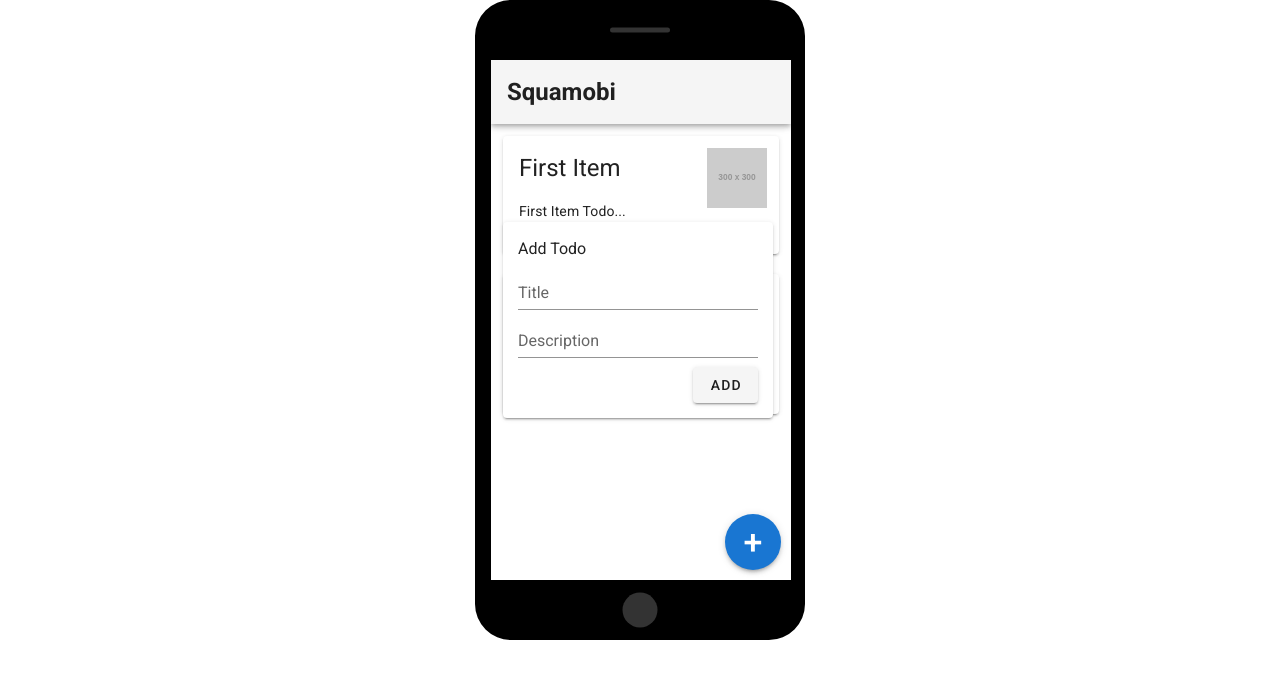
Repository: Keepnox/squamobi-interview
Page: /
These files come from the project's save history. The page is drawn as it stood at one moment and after a run of saves; the edit follows.
The browser window is 1280 px wide. The pictures show the whole page.
The project was rebuilt for these pictures with package versions that can differ from the ones it lists, and the page was loaded fresh each time. Also part of the build but not shown: vue.config.js. Imported but missing from the stored project, and not drawn on this page: src/views/About.vue.

Above is the page before, as saved 2022-01-15 23:47:29.

### src/App.vue
<template>
  <smartphone>
    <v-app>
    <v-main>
        <v-app-bar >
          <h2>Squamobi</h2>
        </v-app-bar>

      <!-- Provides the application the proper gutter -->
      <v-container fluid>

        <!-- If using vue-router -->
        <router-view></router-view>
      </v-container>
    </v-main>

  </v-app>
  </smartphone>

</template>

<script>
import Smartphone from './components/Smartphone.vue';

export default {
  name: 'App',

  components: {
    Smartphone,
  },

  data: () => ({
    //
  }),
};
</script>

### src/components/Smartphone.vue
<template>
  <div class="smartphone">
    <div class="content">
      <slot> </slot>
    </div>
  </div>
</template>

<style scoped>

.smartphone {
  position: relative;
  width: 330px;
  height: 640px;
  margin: auto;
  border: 16px black solid;
  border-top-width: 60px;
  border-bottom-width: 60px;
  border-radius: 36px;
}

/* The horizontal line on the top of the device */
.smartphone:before {
  content: '';
  display: block;
  width: 60px;
  height: 5px;
  position: absolute;
  top: -30px;
  left: 50%;
  transform: translate(-50%, -50%);
  background: #333;
  border-radius: 10px;
}

/* The circle on the bottom of the device */
.smartphone:after {
  content: '';
  display: block;
  width: 35px;
  height: 35px;
  position: absolute;
  left: 50%;
  bottom: -65px;
  transform: translate(-50%, -50%);
  background: #333;
  border-radius: 50%;
}

/* The screen (or content) of the device */
.smartphone .content {
  width: 300px;
  height: 520px;
  background: white;
}

.content > * {
  min-height: 100%;
  height: 100%;
}
</style>

### src/views/Home.vue
<template>
  <div id="listOuter">
    <TodoItem
      v-for="(t, index) in todoData"
      :key="index"
      :title="t.title"
      :desc="t.description"
      :image="t.image"
    ></TodoItem>

    <v-btn
          class="add-button"
          color="primary"
          elevation="3"
          fab
          v-on:click="dialog = !dialog"
        ><span style="font-size:34px;">+</span></v-btn>
        <v-card class="popup" v-if="dialog">
          <div>Add Todo</div>
          <v-text-field
            label="Title"
            hide-details="auto"
          ></v-text-field>
          <v-text-field
            label="Description"
            hide-details="auto"
          ></v-text-field>
          <v-btn class="add">
            Add
          </v-btn>
        </v-card>
  </div>
</template>

<script>

import TodoItem from '@/components/TodoItem.vue'

export default {
  name: 'Home',
  components: {TodoItem},
  data () {
    return {
      todoData: [],
      dialog: true,
    }
  },
  watch: {
    dialog(val) {
      console.log(val)
    }
  },
  mounted () {
    this.todoData = JSON.parse(localStorage.getItem('todo'))
    console.log('selam')
  },
  created() {
    let defaultData = JSON.parse(localStorage.getItem('todo')) || [
        {
          title: "First Item",
          description: 'First Item Todo...',
          image: "https://unsplash.it/640/425?random"
        },
        {
          title: "Todo Item 2",
          description: 'Todo item 3.... lorem ipsum',
          image: "https://unsplash.it/640/425?random"
        }
      ]
    localStorage.setItem('todo', JSON.stringify(defaultData))
  }
}
</script>

<style >
.v-application--wrap {
  height: 100%;
  min-height: 100%;
}
.list-outer {
  position: relative;
  height: 100%;
  width: 100%;
}
.add-button {
  position: absolute;
  right: 10px;
  bottom: 10px;
}
.popup {
  position: absolute;
  padding: 15px;
  /* height: 150px; */
  width: 90%;
  top: 50%;
  transform: translateY(-50%);
}
.popup .add {
  margin-top: 10px;
  float: right;
}
</style>

### src/components/TodoItem.vue
<template>
    <v-card class="mb-5">
      <div class="d-flex flex-no-wrap justify-space-between">
        <div>
          <v-card-title class="text-h5" v-text="title"></v-card-title>

          <v-card-text > {{desc}} </v-card-text>
          <v-card-actions>
          </v-card-actions>
        </div>

        <v-avatar
          class="ma-3"
          size="60"
          tile
        >
          <v-img src="http://placehold.it/300"></v-img>
        </v-avatar>
      </div>
    </v-card>
</template>
<script>
export default {
  props: ["desc", "title", "image"],
  mounted() {
    console.log(this.items)
  }
}
</script>

Loaded but not shown: public/index.html (common file); src/main.js (common file); src/plugins/vuetify.js (common file); src/router/index.js (common file)

After the next 2 saves:
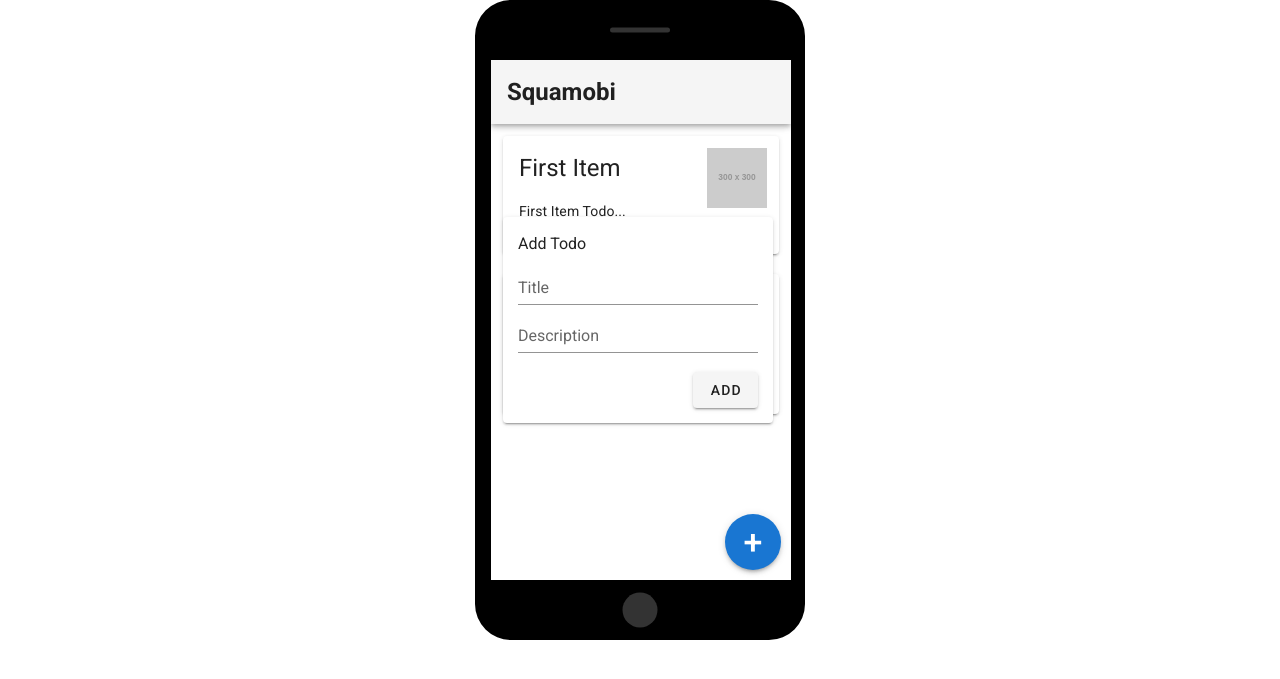
The 2 saves are shown as one change because they came seconds apart.
The last was saved 9 s later.
--- a/src/views/Home.vue
+++ b/src/views/Home.vue
@@ -96,7 +96,7 @@ export default {
   transform: translateY(-50%);
 }
 .popup .add {
-  margin-top: 10px;
+  margin-top: 20px;
   float: right;
 }
 </style>
